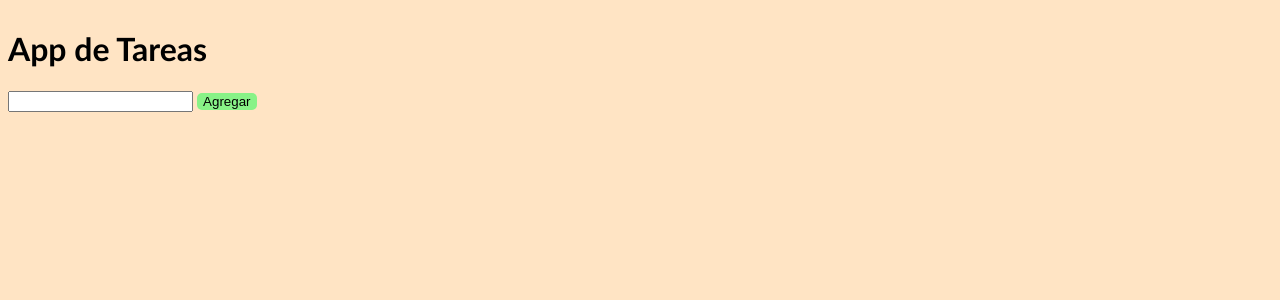
Repository: Kevin8548/Ejercicios-DOM
Page: todoapp/index.html
The author's editor kept a copy of each file at every save. The page is drawn from the files as they stood at one save, then again after the next save.
The browser window is 1280 px wide. The pictures show the whole page.

Above is the page before, as saved 2024-10-09 13:59:55.

### todoapp/index.html
<!DOCTYPE html>
<html lang="en">
<head>
    <meta charset="UTF-8">
    <meta name="viewport" content="width=device-width, initial-scale=1.0">
    <title>App de tareas</title>
    <link rel="stylesheet" href="./style.css">
</head>
<body>
    <div class="container">
        <div class="form">
            <h1>App de Tareas</h1>
            <form id="form">
                <input type="text" name="" id="inputtarea">
                <button class="si">Agregar</button>
            </form>
        </div>
        <div class="tareas"></div>
    </div>
    <script src="./app.js"></script>
</body>
</html>

### todoapp/style.css
.alert{
    width: 75%;
    padding: 10px;
    border-radius: 10px;
    display: flex;
    justify-content: space-around;
    float: right;
}

.red{
    border: 2px solid red;
    background-color: rgb(240, 165, 165);
}

.yellow{
    border: 2px solid rgb(246,246,21);
    background-color: rgb(243,243,173);
}

.green{
    border: 2px solid green;
    background-color: rgb(179,238,179);
}

.form{
    float: left;
    align-items: center;
}

body{
    background-color: bisque;
    font-family: 'Gill Sans', 'Gill Sans MT', Calibri, 'Trebuchet MS', sans-serif;
}

button{
    background-color: rgb(136, 242, 135);
    border: 10px;
    border-radius: 5px;
    /* width: 20px;
    height: 10px; */
}

### todoapp/app.js
const tareasDiv = document.querySelector('.tareas');
const myForm = document.querySelector('#form');
const inputTarea = document.querySelector('#inputtarea');

const addTarea = () => {
    const tarea = inputTarea.value;
    tareasDiv.appendChild(creaObjeto(tarea));
    inputTarea.value = ''
}

const eliminaObjeto = e => {
    const button = e.target;
    const papa = button.parentElement;
    papa.remove();
}


const changeColor = e=> {
    const myDiv = e.target;
    if(myDiv.classList.contains('red')){
        myDiv.classList.remove('red');
        myDiv.classList.add('yellow');
    }
    else if (myDiv.classList.contains('yellow')){
        myDiv.classList.remove('yellow');
        myDiv.classList.add('green')
    }
}

const creaObjeto = (tarea) => {
    const div = document.createElement('div');
    const p = document.createElement('p');
    p.innerText = tarea;
    const button = document.createElement('button')
    button.innerText= 'Eliminar';
    button.addEventListener('click', eliminaObjeto)
    div.appendChild(p);
    div.appendChild(button);


    div.classList.add('alert');
    div.classList.add('red');
    div.addEventListener('click', changeColor)


    return div;
}



myForm.addEventListener('submit', e => {
    e.preventDefault();
    addTarea();
});

After the next save:
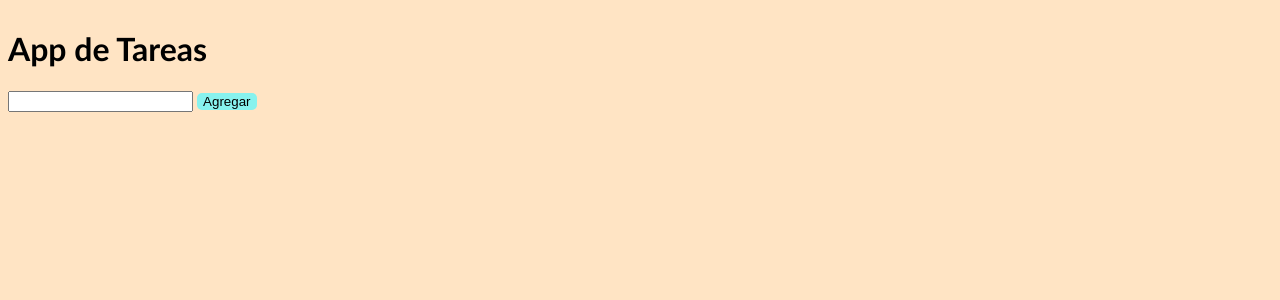
Saved 10 s later.
--- a/todoapp/style.css
+++ b/todoapp/style.css
@@ -33,7 +33,7 @@ body{
 }
 
 button{
-    background-color: rgb(136, 242, 135);
+    background-color: rgb(135, 242, 238);
     border: 10px;
     border-radius: 5px;
     /* width: 20px;
